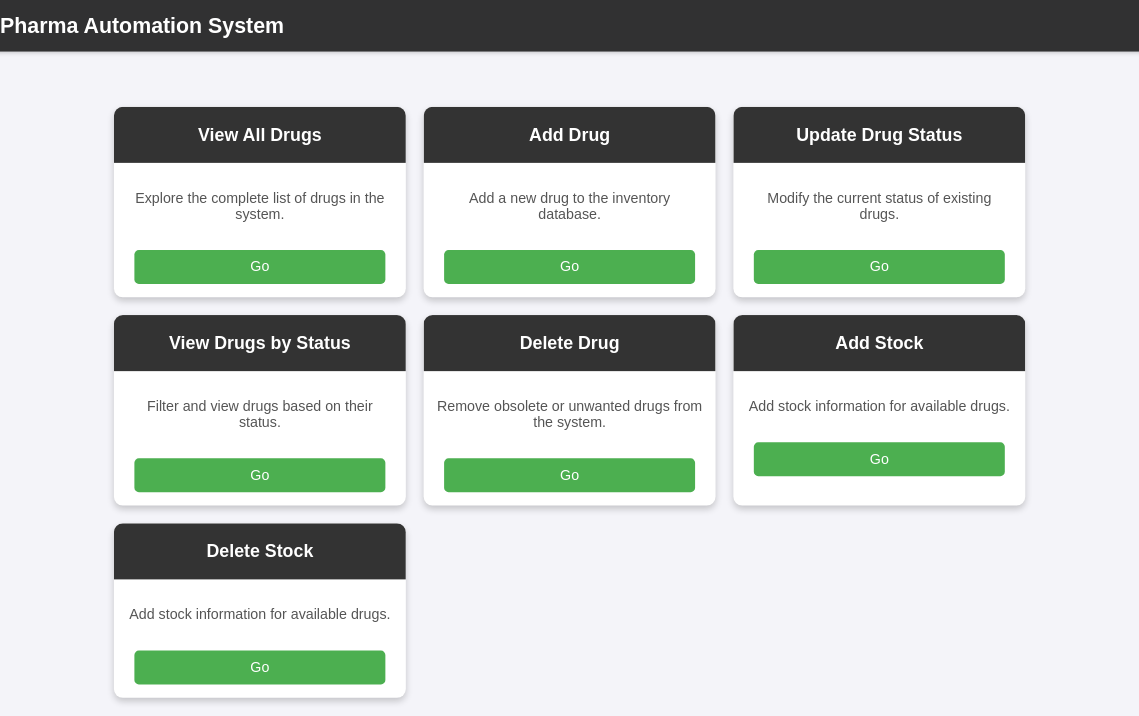
Repository: Clarrieous/Infosys-intern
Page: http://localhost/index
These files come from the project's save history. The page is drawn as it stood at one moment and after the next save; the edit follows.
The browser window is 1280 px wide. The pictures show the whole page, at 89% of full size.
The page is this project's Thymeleaf template; nobody is signed in. The template is opened directly, without the code that normally fills it, so the values that code supplies are empty.

Above is the page before, as saved 2024-12-08 12:08:35.

After the next save:
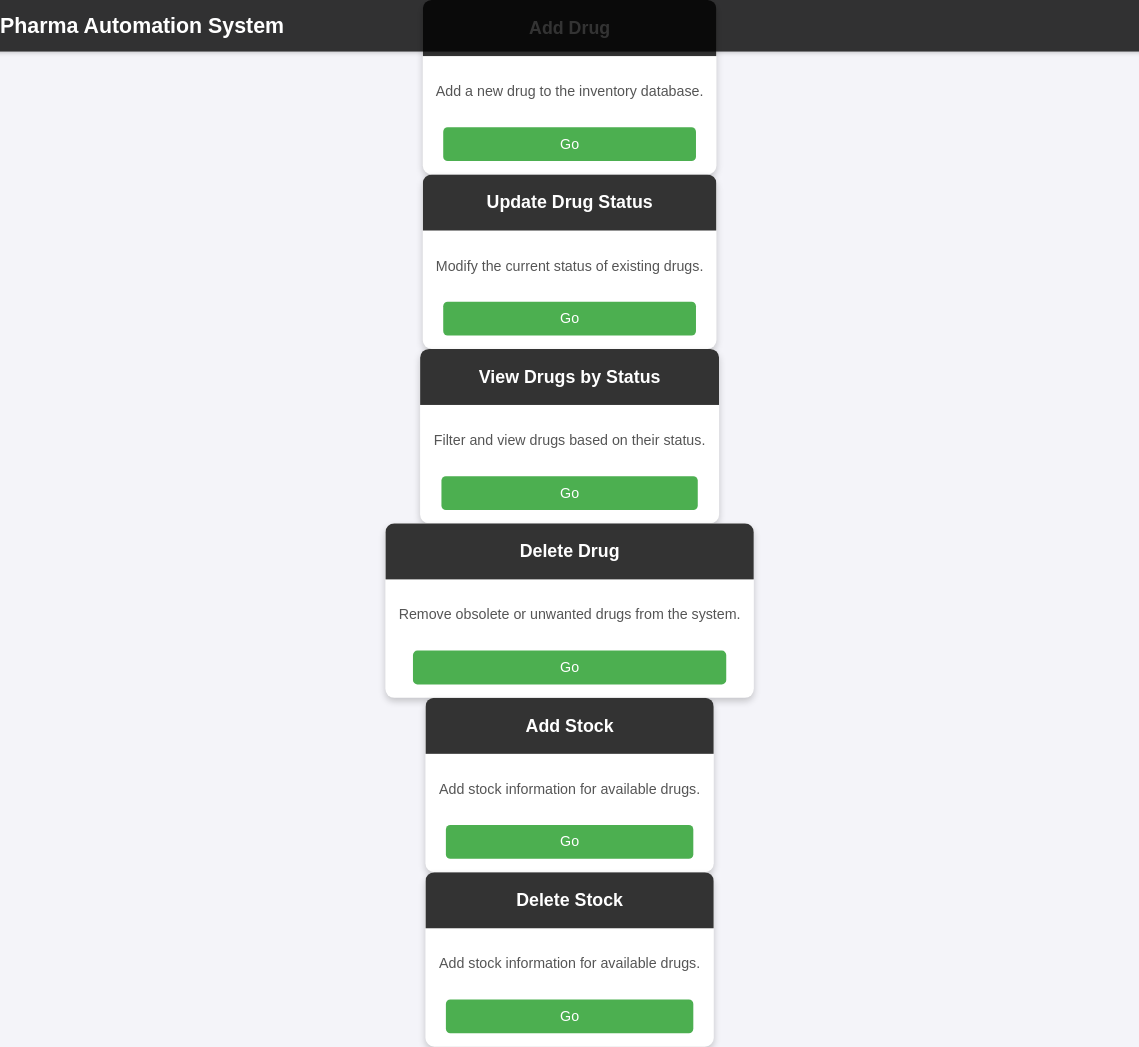
Saved 30 s later.
--- a/ClientService/src/main/resources/templates/index.html
+++ b/ClientService/src/main/resources/templates/index.html
@@ -102,12 +102,7 @@
     </div>
 
     <!-- Main Content -->
-    <div class="card-grid">
-        <div class="card">
-            <h2>View All Drugs</h2>
-            <p>Explore the complete list of drugs in the system.</p>
-            <a th:href="@{/viewAllDrugs}">Go</a>
-        </div>
+
         <div class="card">
             <h2>Add Drug</h2>
             <p>Add a new drug to the inventory database.</p>
